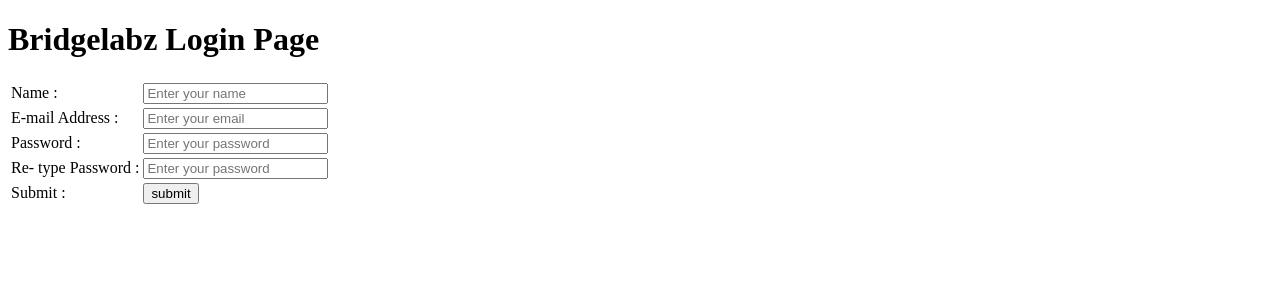
Repository: MarkFernandes11/Advanced-Java
Page: http://localhost/LoginPage1/registration.jsp
The author's editor kept a copy of each file at every save. The page is drawn from the files as they stood at one save, then again after the next save.
The browser window is 1280 px wide. The pictures show the whole page.
The page is served by Tomcat 9. Other server files are loaded and not shown.

Above is the page before, as saved 2019-09-23 11:20:48.

### LoginPage1/WebContent/registration.jsp
<%@ page language="java" contentType="text/html; charset=UTF-8"
    pageEncoding="UTF-8"%>
<!DOCTYPE html>
<html>
<head>
<meta charset="UTF-8">
<title>Registration Page</title>
</head>
<body>
	<header>
		<h1>Bridgelabz Login Page</h1>
		<!-- <marquee><h1>Bridgelabz Login Page</h1></marquee> -->
	</header>

	<form method = "post" action = "login">
		<table>
			<tr><td>Name : </td><td><input type = "text" name = "Name" placeholder = "Enter your name"></td></tr>

			<tr><td>E-mail Address : </td><td><input type = "email" name = "email" placeholder = "Enter your email"></td></tr>

			<tr><td>Password : </td><td><input type = "password" name = "password1" placeholder = "Enter your password"></td></tr>

			<tr><td>Re- type Password : </td><td><input type = "password" name = "password2" placeholder = "Enter your password"></td></tr>

			<tr><td>Submit : </td><td><input type = "submit" value = "submit"></td></tr>
		</table>
	</form>

</body>
</html>

After the next save:
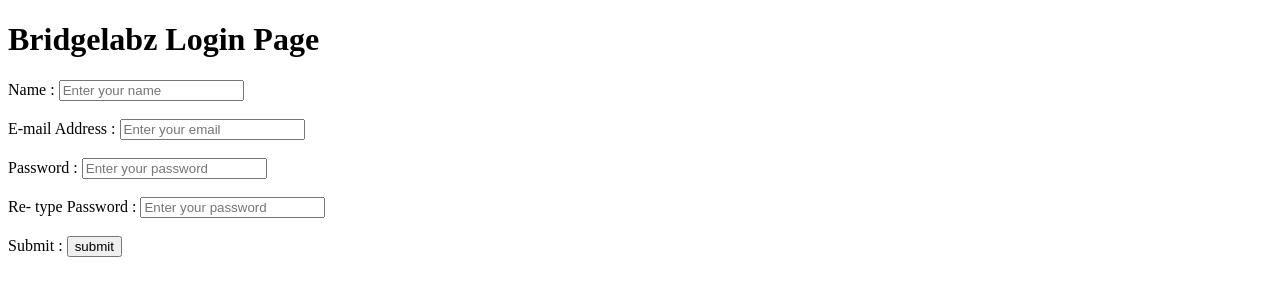
Saved 107 s later.
--- a/LoginPage1/WebContent/registration.jsp
+++ b/LoginPage1/WebContent/registration.jsp
@@ -13,17 +13,18 @@
 	</header>
 
 	<form method = "post" action = "login">
-		<table>
-			<tr><td>Name : </td><td><input type = "text" name = "Name" placeholder = "Enter your name"></td></tr>
-
-			<tr><td>E-mail Address : </td><td><input type = "email" name = "email" placeholder = "Enter your email"></td></tr>
-
-			<tr><td>Password : </td><td><input type = "password" name = "password1" placeholder = "Enter your password"></td></tr>
-
-			<tr><td>Re- type Password : </td><td><input type = "password" name = "password2" placeholder = "Enter your password"></td></tr>
-
-			<tr><td>Submit : </td><td><input type = "submit" value = "submit"></td></tr>
-		</table>
+		<div>
+			Name : <input type = "text" name = "Name" placeholder = "Enter your name">
+			<br><br>
+			E-mail Address : <input type = "email" name = "email" placeholder = "Enter your email">
+			<br><br>
+			Password : <input type = "password" name = "password1" placeholder = "Enter your password">
+			<br><br>
+			Re- type Password : <input type = "password" name = "password2" placeholder = "Enter your password">
+			<br><br>
+			Submit : <input type = "submit" value = "submit">
+			<br><br>
+		</div>
 	</form>
 
 </body>
